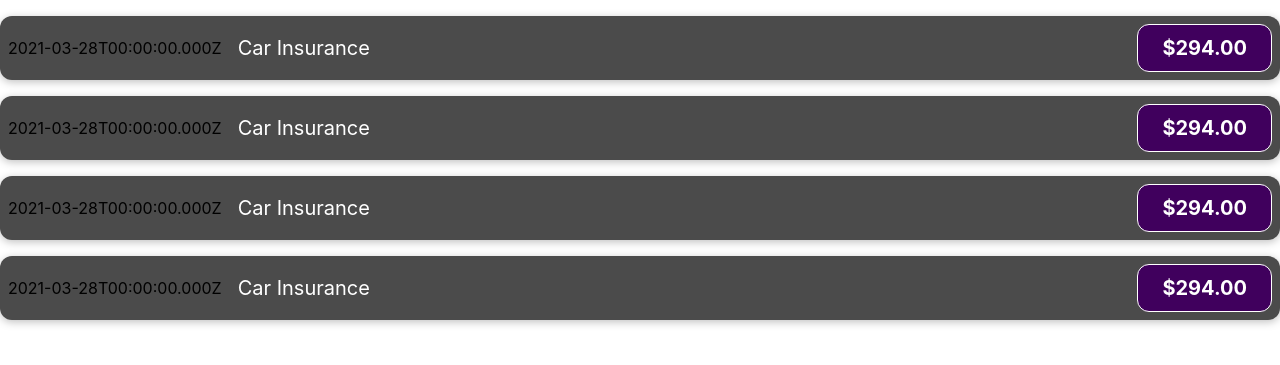
Repository: Sef24/expense-tracker
Page: /
These files come from the project's save history. The page is drawn as it stood at one moment and after the next save; the edit follows.
The browser window is 1280 px wide. The pictures show the whole page.
The project was rebuilt for these pictures with package versions that can differ from the ones it lists, and the page was loaded fresh each time.

Above is the page before, as saved 2022-04-21 21:12:28.

### public/index.html
<!DOCTYPE html>
<html lang="en">
  <head>
    <meta charset="utf-8" />
    <link rel="icon" href="%PUBLIC_URL%/favicon.ico" />
    <meta name="viewport" content="width=device-width, initial-scale=1" />

    <meta
      name="description"
      content="Web site created using create-react-app"
    />
    <link rel="apple-touch-icon" href="%PUBLIC_URL%/logo192.png" />
    <!--
      manifest.json provides metadata used when your web app is installed on a
      user's mobile device or desktop. See https://developers.google.com/web/fundamentals/web-app-manifest/
    -->
    <link rel="manifest" href="%PUBLIC_URL%/manifest.json" />
    <!--
      Notice the use of %PUBLIC_URL% in the tags above.
      It will be replaced with the URL of the `public` folder during the build.
      Only files inside the `public` folder can be referenced from the HTML.

      Unlike "/favicon.ico" or "favicon.ico", "%PUBLIC_URL%/favicon.ico" will
      work correctly both with client-side routing and a non-root public URL.
      Learn how to configure a non-root public URL by running `npm run build`.
    -->
    <title>React App</title>
  </head>
  <body>
    <noscript>You need to enable JavaScript to run this app.</noscript>
    <div id="root"></div>
    <!--
      This HTML file is a template.
      If you open it directly in the browser, you will see an empty page.

      You can add webfonts, meta tags, or analytics to this file.
      The build step will place the bundled scripts into the <body> tag.

      To begin the development, run `npm start` or `yarn start`.
      To create a production bundle, use `npm run build` or `yarn build`.
    -->
  </body>
</html>

### src/App.js
import ExpenseItem from "./components/ExpenseItem";

function App() {
  const expenses = [
    {
      id: "e1",
      title: "Toilet Paper",
      amount: 94.12,
      date: new Date(2020, 7, 14),
    },
    { id: "e2", title: "New TV", amount: 799.49, date: new Date(2021, 2, 12) },
    {
      id: "e3",
      title: "Car Insurance",
      amount: 294.67,
      date: new Date(2021, 2, 28),
    },
    {
      id: "e4",
      title: "New Desk (Wooden)",
      amount: 450,
      date: new Date(2021, 5, 12),
    },
  ];
  return (
    <div>
      <h2></h2>
      <ExpenseItem
        title={expenses[0].title}
        amount={expenses[0].amount}
        date={expenses[0].date}
      />

      <ExpenseItem
        title={expenses[1].title}
        amount={expenses[1].amount}
        date={expenses[1].date}
      />
      <ExpenseItem
        title={expenses[2].title}
        amount={expenses[2].amount}
        date={expenses[2].date}
      />
      <ExpenseItem
        title={expenses[3].title}
        amount={expenses[3].amount}
        date={expenses[3].date}
      />
    </div>
  );
}

export default App;

### src/components/ExpenseItem.js
import React from 'react';
import './ExpenseItem.css';

function ExpenseItem() {
    const expenseData = new Date(2021, 2, 28);
    const expenseTitle = "Car Insurance";
    const expenseAmount = "294.00";
  return (
    <div className="expense-item">
        <div>{expenseData.toISOString()}</div>
        <div className="expense-item__description">
            <h2>{expenseTitle}</h2>
            <div className="expense-item__price">${expenseAmount}</div>
        </div>
    </div>
  )
}

export default ExpenseItem

### src/components/ExpenseItem.css
.expense-item {
  display: flex;
  justify-content: space-between;
  align-items: center;
  box-shadow: 0 2px 8px rgba(0, 0, 0, 0.25);
  padding: 0.5rem;
  margin: 1rem 0;
  border-radius: 12px;
  background-color: #4b4b4b;
}

.expense-item__description {
  display: flex;
  flex-direction: column;
  gap: 1rem;
  align-items: flex-end;
  flex-flow: column-reverse;
  justify-content: flex-start;
  flex: 1;
}

.expense-item h2 {
  color: #3a3a3a;
  font-size: 1rem;
  flex: 1;
  margin: 0 1rem;
  color: white;
}

.expense-item__price {
  font-size: 1rem;
  font-weight: bold;
  color: white;
  background-color: #40005d;
  border: 1px solid white;
  padding: 0.5rem;
  border-radius: 12px;
}

@media (min-width: 580px) {
  .expense-item__description {
    flex-direction: row;
    align-items: center;
    justify-content: flex-start;
    flex: 1;
  }

  .expense-item__description h2 {
    font-size: 1.25rem;
  }

  .expense-item__price {
    font-size: 1.25rem;
    padding: 0.5rem 1.5rem;
  }
}

Loaded but not shown: src/index.js (common file); src/index.css (common file); tailwind.config.js (common file)

After the next save:
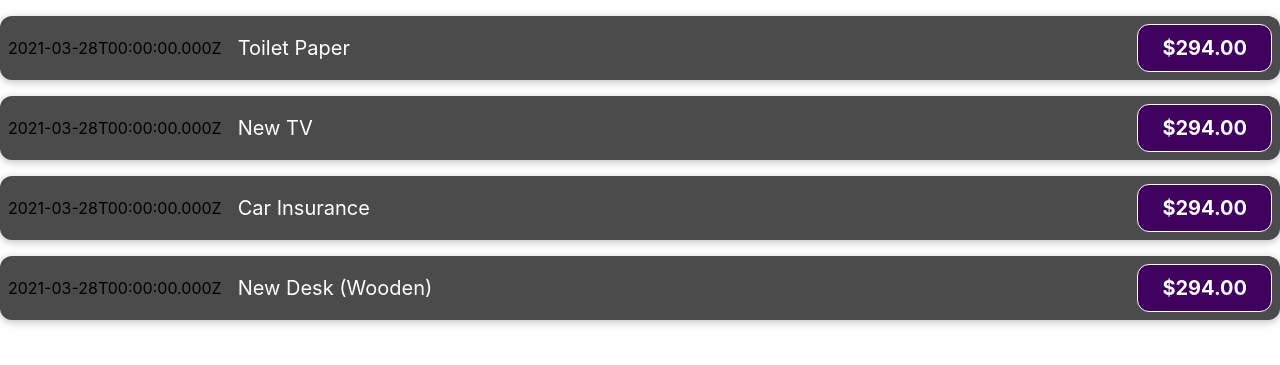
Saved 3 min 14 s later.
--- a/src/components/ExpenseItem.js
+++ b/src/components/ExpenseItem.js
@@ -1,19 +1,19 @@
-import React from 'react';
-import './ExpenseItem.css';
+import React from "react";
+import "./ExpenseItem.css";
 
-function ExpenseItem() {
-    const expenseData = new Date(2021, 2, 28);
-    const expenseTitle = "Car Insurance";
-    const expenseAmount = "294.00";
+function ExpenseItem(props) {
+  const expenseData = new Date(2021, 2, 28);
+  const expenseTitle = "Car Insurance";
+  const expenseAmount = "294.00";
   return (
     <div className="expense-item">
-        <div>{expenseData.toISOString()}</div>
-        <div className="expense-item__description">
-            <h2>{expenseTitle}</h2>
-            <div className="expense-item__price">${expenseAmount}</div>
-        </div>
+      <div>{expenseData.toISOString()}</div>
+      <div className="expense-item__description">
+        <h2>{props.title}</h2>
+        <div className="expense-item__price">${expenseAmount}</div>
+      </div>
     </div>
-  )
+  );
 }
 
-export default ExpenseItem
+export default ExpenseItem;
